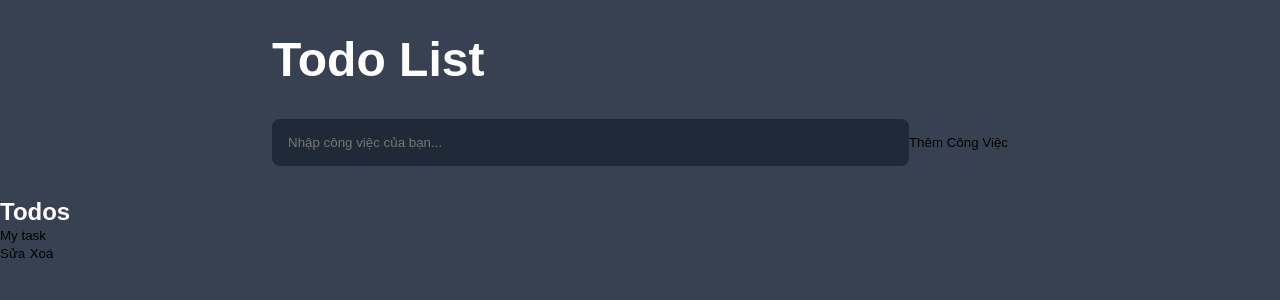
Repository: ntheanh/Todo-List
Page: index.html
These files come from the project's save history. The page is drawn as it stood at one moment and after the next save; the edit follows.
The browser window is 1280 px wide. The pictures show the whole page.
The style sheet was rebuilt from its Sass, Less or Tailwind sources for each picture, by a compiler version that may differ from the author's.

Above is the page before, as saved 2023-03-15 22:39:59.

### index.html
<!DOCTYPE html>
<html lang="en">
  <head>
    <meta charset="UTF-8" />
    <meta http-equiv="X-UA-Compatible" content="IE=edge" />
    <meta name="viewport" content="width=device-width, initial-scale=1.0" />
    <title>My Todo List</title>
    <link rel="stylesheet" href="style.css" />
  </head>
  <body>
    <header>
      <h1>Todo List</h1>
      <form action="" id="new-todo-form">
        <input
          id="new-todo-input"
          type="text"
          name="todo"
          placeholder="Nhập công việc của bạn... "
        />
        <input id="new-todo-submit" type="submit" value="Thêm Công Việc" />
      </form>
    </header>
    <main>
      <section class="task-list">
        <h2>Todos</h2>
        <div id="tasks">
          <div class="task">
            <div class="content">
              <input
                type="text"
                class="content_input"
                value="My task"
                readonly
              />
            </div>
            <div class="actons">
              <button class="edit">Sửa</button>
              <button class="delete">Xoá</button>
            </div>
          </div>
        </div>
      </section>
    </main>

    <script src="app.js"></script>
  </body>
</html>

### style.scss
:root {
  --dark: #374151;
  --darker: #1f2937;
  --darkest: #111827;
  --gray: #6b7280;
  --light: #eee;
  --pink: #ec4899;
  --purple: #8b5cf6;
}

* {
  margin: 0;
  padding: 0;
  box-sizing: border-box;
  font-family: "Poppins", sans-serif;
}

body {
  display: flex;
  flex-direction: column;
  min-height: 100vh;
  background: var(--dark);
  color: #fff;
}

header {
  padding: 2rem;
  width: 100%;
  max-width: 800px;
  margin: 0 auto;
  h1 {
    font-size: 3rem;
    font-weight: 600;
    margin-bottom: 2rem;
  }
}
#new-todo-form {
  display: flex;
}

input,
button {
  appearance: none;
  border: none;
  outline: none;
  background: none;
}

#new-todo-input {
  flex: 1 1 0%;
  background: var(--darker);
  padding: 1rem;
  border-radius: 0.5rem;
}

Loaded but not shown: app.js (no stored copy; drawn as an empty file)

After the next save:
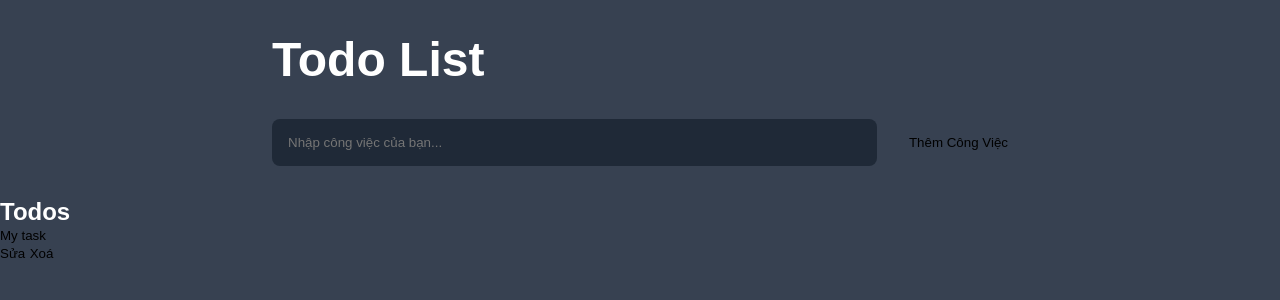
Saved 13 s later.
--- a/style.scss
+++ b/style.scss
@@ -51,4 +51,5 @@ button {
   background: var(--darker);
   padding: 1rem;
   border-radius: 0.5rem;
+  margin-right: 2rem;
 }
